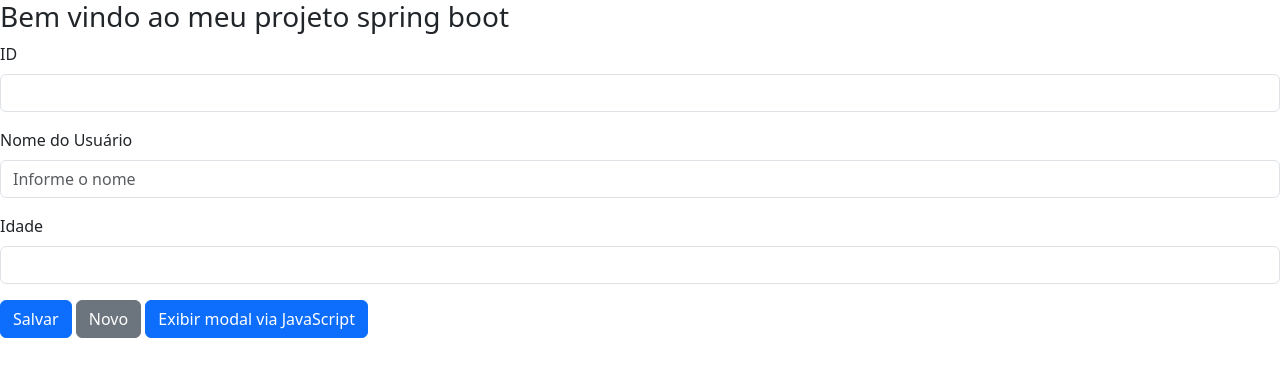
Repository: juliocoosta/Projeto_Crud_Com_SpringBoot_RestAPI
Page: springboot-rest-api-sample/src/main/resources/static/index.html
An editor plug-in stored every save of this project. The page is shown before and after the next save, followed by the edit.
The browser window is 1280 px wide. The pictures show the whole page.

Above is the page before, as saved 2023-04-26 14:10:04.
Console error: ReferenceError: $ is not defined

### springboot-rest-api-sample/src/main/resources/static/index.html
<!DOCTYPE html>
<html lang="pt-BR">

<head>
	<meta charset="UTF-8">
	 <meta name="viewport" content="width=device-width, initial-scale=1, shrink-to-fit=no">
	 <title>Insert title here</title>
	<!-- Bootstrap CSS -->
	 <link href="https://cdn.jsdelivr.net/npm/bootstrap@5.3.0-alpha3/dist/css/bootstrap.min.css" rel="stylesheet" integrity="sha384-KK94CHFLLe+nY2dmCWGMq91rCGa5gtU4mk92HdvYe+M/SXH301p5ILy+dN9+nJOZ" crossorigin="anonymous">
</head>


<body>

	<h3>Bem vindo ao meu projeto spring boot</h3>

	<form action="" id="formCadastroUser">

		<div class="mb-3">
			<label for="id" class="form-label">ID</label> <input type="text" class="form-control" id="id" readonly="readonly">
		</div>

		<div class="mb-3">
			<label for="nome" class="form-label">Nome do Usuário</label> <input type="text" class="form-control" id="nome" placeholder="Informe o nome" required="required">
		</div>

		<div class="mb-3">
			<label for="idade" class="form-label">Idade</label> <input type="number" class="form-control" id="idade">
		</div>

	</form>

		<button type="button" class="btn btn-primary" onclick="salvarUsuario()">Salvar</button>
		<button type="button" class="btn btn-secondary"onclick="document.getElementById('formCadastroUser').reset();">Novo</button>
		<button class="btn btn-primary" id="btn-mensagem">Exibir modal via JavaScript</button>



	<!-- Modal -->
	<div class="modal fade" id="modal-mensagem">
   <div class="modal-dialog">
        <div class="modal-content">
            <div class="modal-header">
                <button type="button" class="close" data-dismiss="modal"><span>×</span></button>
                <h4 class="modal-title">Título da mensagem</h4>
            </div>
            <div class="modal-body">
                <p>Conteúdo da mensagem</p>
            </div>
            <div class="modal-footer">
                <button type="button" class="btn btn-default" data-dismiss="modal">Fechar</button>
            </div>
        </div>
    </div>
</div>

	<script src="https://cdn.jsdelivr.net/npm/@popperjs/core@2.11.7/dist/umd/popper.min.js" integrity="sha384-zYPOMqeu1DAVkHiLqWBUTcbYfZ8osu1Nd6Z89ify25QV9guujx43ITvfi12/QExE" crossorigin="anonymous"></script>
	<script src="https://cdn.jsdelivr.net/npm/bootstrap@5.3.0-alpha3/dist/js/bootstrap.min.js" integrity="sha384-Y4oOpwW3duJdCWv5ly8SCFYWqFDsfob/3GkgExXKV4idmbt98QcxXYs9UoXAB7BZ" crossorigin="anonymous"></script>


	<script>
    $(function(){
        //código para exibir os modais
    	$("#btn-mensagem").click(function(){
    	    $("#modal-mensagem").modal();
    	});

    });
    </script>

	<script type="text/javascript">
		function salvarUsuario() {

			var id = $("#id").val();
			var nome = $("#nome").val();
			var idade = $("#idade").val();

			$.ajax({
				method : "POST",
				url : "salvar",
				data : JSON.stringify({
					id : id,
					nome : nome,
					idade : idade
				}),
				contentType : "application/json; charset=utf-8",
				success : function(response) {

					$("#id").val(response.id);
					alert("Salvo com Sucesso!");

				}
			}).fail(function(xhr, status, errorThrown) {

				alert("Erro ao Salvar: " + xhr.responseText);

			});

		}
	</script>

</body>
</html>

After the next save:
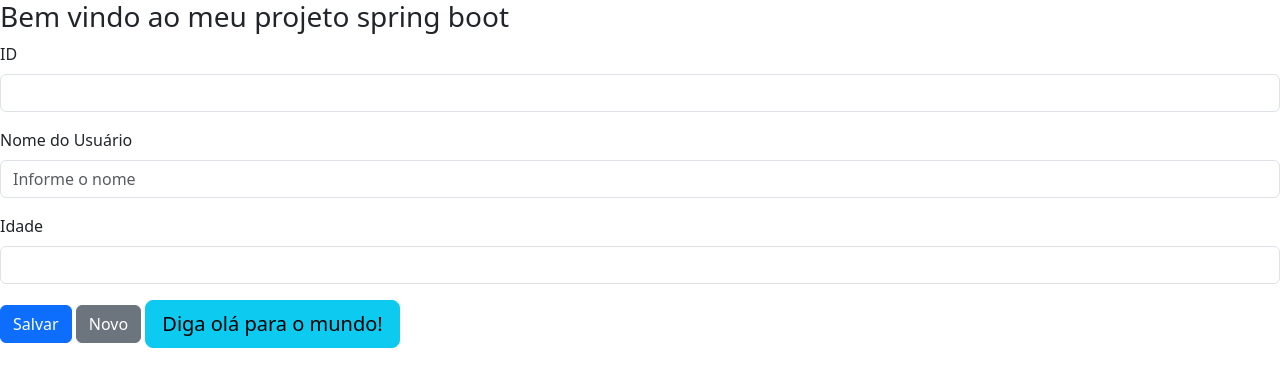
Saved 101 s later.
--- a/springboot-rest-api-sample/src/main/resources/static/index.html
+++ b/springboot-rest-api-sample/src/main/resources/static/index.html
@@ -32,27 +32,27 @@
 
 		<button type="button" class="btn btn-primary" onclick="salvarUsuario()">Salvar</button>
 		<button type="button" class="btn btn-secondary"onclick="document.getElementById('formCadastroUser').reset();">Novo</button>
-		<button class="btn btn-primary" id="btn-mensagem">Exibir modal via JavaScript</button>
+	 	<button type="button" class="btn btn-info btn-lg" data-toggle="modal" data-target="#MyModal">Diga olá para o mundo!</button>
 
+        <div id="MyModal" class="modal fade" role="dialog">
+            <div class="modal-dialog">
 
+              <!-- Modal content-->
+              <div class="modal-content">
+                <div class="modal-header">
+                  <button type="button" class="close" data-dismiss="modal">&times;</button>
+                  <h4 class="modal-title">Modal de Olá!</h4>
+                </div>
+                <div class="modal-body">
+                  <p>Estou dizendo! OLÁ MUNDO! =D</p>
+                </div>
+                <div class="modal-footer">
+                  <button type="button" class="btn btn-default" data-dismiss="modal">Close</button>
+                </div>
+              </div>
+            </div>
+      </div>
 
-	<!-- Modal -->
-	<div class="modal fade" id="modal-mensagem">
-   <div class="modal-dialog">
-        <div class="modal-content">
-            <div class="modal-header">
-                <button type="button" class="close" data-dismiss="modal"><span>×</span></button>
-                <h4 class="modal-title">Título da mensagem</h4>
-            </div>
-            <div class="modal-body">
-                <p>Conteúdo da mensagem</p>
-            </div>
-            <div class="modal-footer">
-                <button type="button" class="btn btn-default" data-dismiss="modal">Fechar</button>
-            </div>
-        </div>
-    </div>
-</div>
 
 	<script src="https://cdn.jsdelivr.net/npm/@popperjs/core@2.11.7/dist/umd/popper.min.js" integrity="sha384-zYPOMqeu1DAVkHiLqWBUTcbYfZ8osu1Nd6Z89ify25QV9guujx43ITvfi12/QExE" crossorigin="anonymous"></script>
 	<script src="https://cdn.jsdelivr.net/npm/bootstrap@5.3.0-alpha3/dist/js/bootstrap.min.js" integrity="sha384-Y4oOpwW3duJdCWv5ly8SCFYWqFDsfob/3GkgExXKV4idmbt98QcxXYs9UoXAB7BZ" crossorigin="anonymous"></script>
